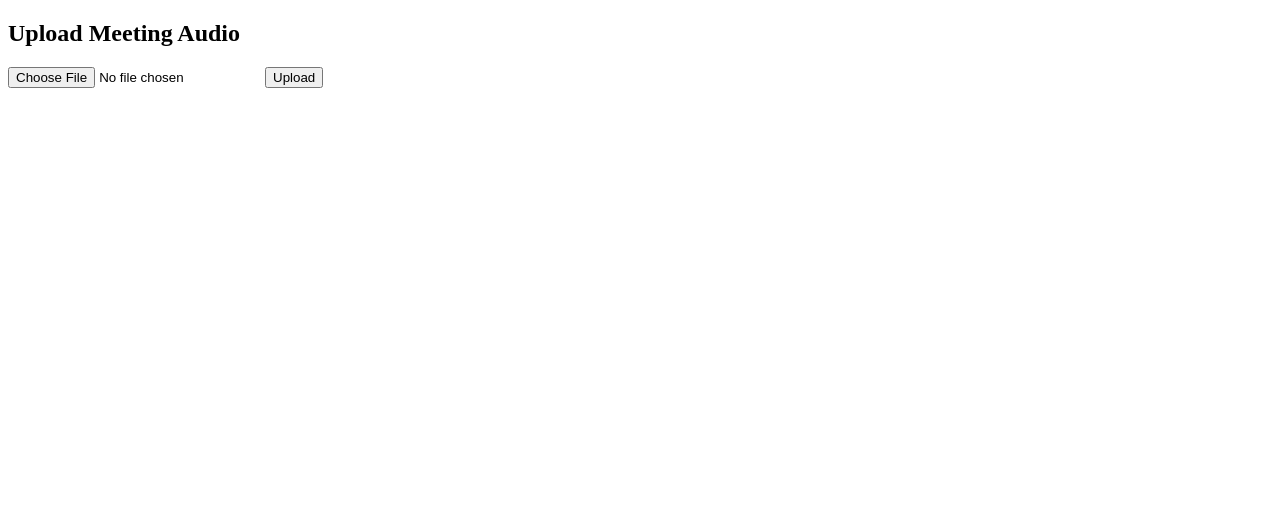
Repository: MujtabaHabib/Voice-AI-Meeting-Assistant
Page: index.html
The author's editor kept a copy of each file at every save. The page is drawn from the files as they stood at one save, then again after the next save.
The browser window is 1280 px wide. The pictures show the whole page.

Above is the page before, as saved 2026-02-01 21:09:50.

After the next save:
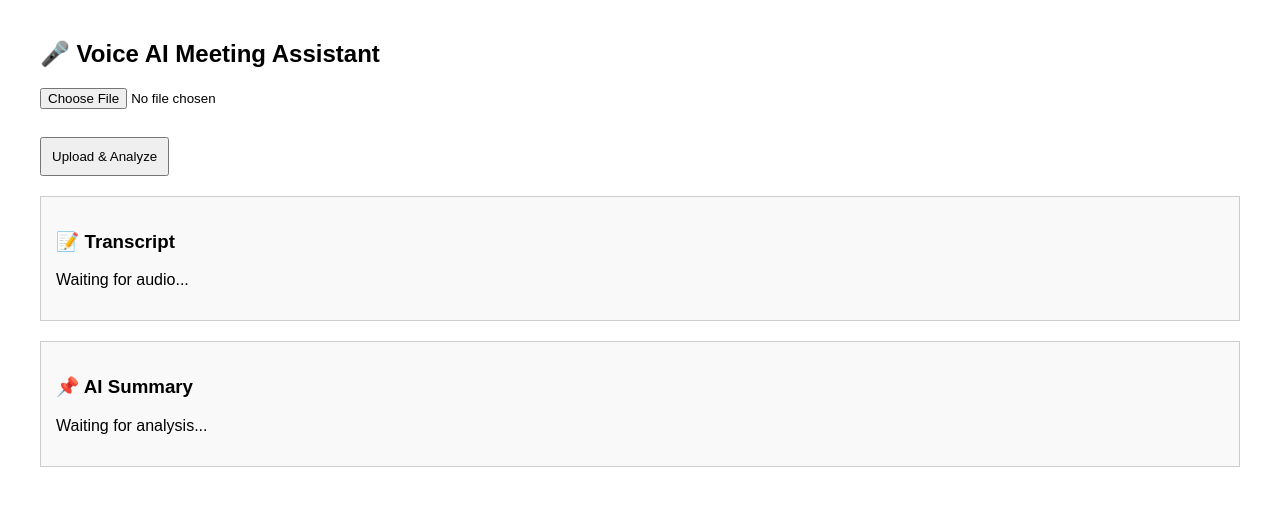
Saved 3 min 32 s later.
--- a/index.html
+++ b/index.html
@@ -1,31 +1,62 @@
 <!DOCTYPE html>
-<html lang="en">
+<html>
 <head>
-    <meta charset="UTF-8">
-    <meta name="viewport" content="width=device-width, initial-scale=1.0">
-    <title>Voice AI Agent</title>
+  <title>Voice AI Agent</title>
+  <style>
+    body {
+      font-family: Arial;
+      margin: 40px;
+    }
+    .box {
+      margin-top: 20px;
+      padding: 15px;
+      border: 1px solid #ccc;
+      background: #f9f9f9;
+    }
+    button {
+      padding: 10px;
+      margin-top: 10px;
+    }
+  </style>
 </head>
 <body>
-    <h2>Upload Meeting Audio</h2>
 
-    <input type="file" name="file" id="audioFile">
-    <button onclick="send()">Upload</button>
-    <pre id="output"></pre>
+<h2>🎤 Voice AI Meeting Assistant</h2>
+
+<input type="file" id="audioFile">
+<br><br>
+<button onclick="send()">Upload & Analyze</button>
+
+<div class="box">
+  <h3>📝 Transcript</h3>
+  <p id="transcript">Waiting for audio...</p>
+</div>
+
+<div class="box">
+  <h3>📌 AI Summary</h3>
+  <p id="summary">Waiting for analysis...</p>
+</div>
 
 <script>
-    async function send() {
-        const file = document.getElementById("audioFile").files[0]
-        const form = new FormData()
-        form.append("file",file)
+async function send() {
+  const file = document.getElementById("audioFile").files[0]
+  const form = new FormData()
+  form.append("file", file)
 
-    const res = await fetch("http://127.0.0.1:8000/voice-agent",{
-        method : "POST",
-        body : form
-    })
+  document.getElementById("transcript").innerText = "Processing..."
+  document.getElementById("summary").innerText = "AI is thinking..."
 
-    const data = await res.json()
-    document.getElementById("output").textContent= JSON.stringify(data,null,2)
+  const res = await fetch("http://127.0.0.1:8000/voice-agent", {
+    method: "POST",
+    body: form
+  })
+
+  const data = await res.json()
+
+  document.getElementById("transcript").innerText = data.transcript
+  document.getElementById("summary").innerText = data.summary
 }
 </script>
+
 </body>
 </html>

After the save that followed:
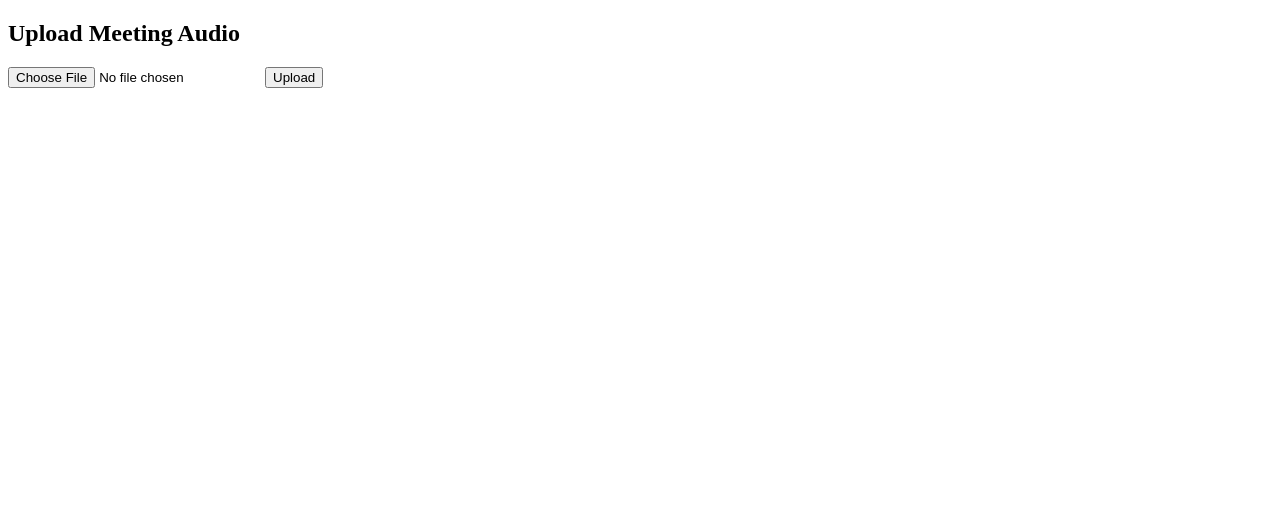
Saved 2 min 28 s later.
--- a/index.html
+++ b/index.html
@@ -1,62 +1,31 @@
 <!DOCTYPE html>
-<html>
+<html lang="en">
 <head>
-  <title>Voice AI Agent</title>
-  <style>
-    body {
-      font-family: Arial;
-      margin: 40px;
-    }
-    .box {
-      margin-top: 20px;
-      padding: 15px;
-      border: 1px solid #ccc;
-      background: #f9f9f9;
-    }
-    button {
-      padding: 10px;
-      margin-top: 10px;
-    }
-  </style>
+    <meta charset="UTF-8">
+    <meta name="viewport" content="width=device-width, initial-scale=1.0">
+    <title>Voice AI Agent</title>
 </head>
 <body>
+    <h2>Upload Meeting Audio</h2>
 
-<h2>🎤 Voice AI Meeting Assistant</h2>
-
-<input type="file" id="audioFile">
-<br><br>
-<button onclick="send()">Upload & Analyze</button>
-
-<div class="box">
-  <h3>📝 Transcript</h3>
-  <p id="transcript">Waiting for audio...</p>
-</div>
-
-<div class="box">
-  <h3>📌 AI Summary</h3>
-  <p id="summary">Waiting for analysis...</p>
-</div>
+    <input type="file" name="file" id="audioFile">
+    <button onclick="send()">Upload</button>
+    <pre id="output"></pre>
 
 <script>
-async function send() {
-  const file = document.getElementById("audioFile").files[0]
-  const form = new FormData()
-  form.append("file", file)
+    async function send() {
+        const file = document.getElementById("audioFile").files[0]
+        const form = new FormData()
+        form.append("file",file)
 
-  document.getElementById("transcript").innerText = "Processing..."
-  document.getElementById("summary").innerText = "AI is thinking..."
+    const res = await fetch("http://127.0.0.1:8000/voice-agent",{
+        method : "POST",
+        body : form
+    })
 
-  const res = await fetch("http://127.0.0.1:8000/voice-agent", {
-    method: "POST",
-    body: form
-  })
-
-  const data = await res.json()
-
-  document.getElementById("transcript").innerText = data.transcript
-  document.getElementById("summary").innerText = data.summary
+    const data = await res.json()
+    document.getElementById("output").textContent= JSON.stringify(data,null,2)
 }
 </script>
-
 </body>
 </html>
